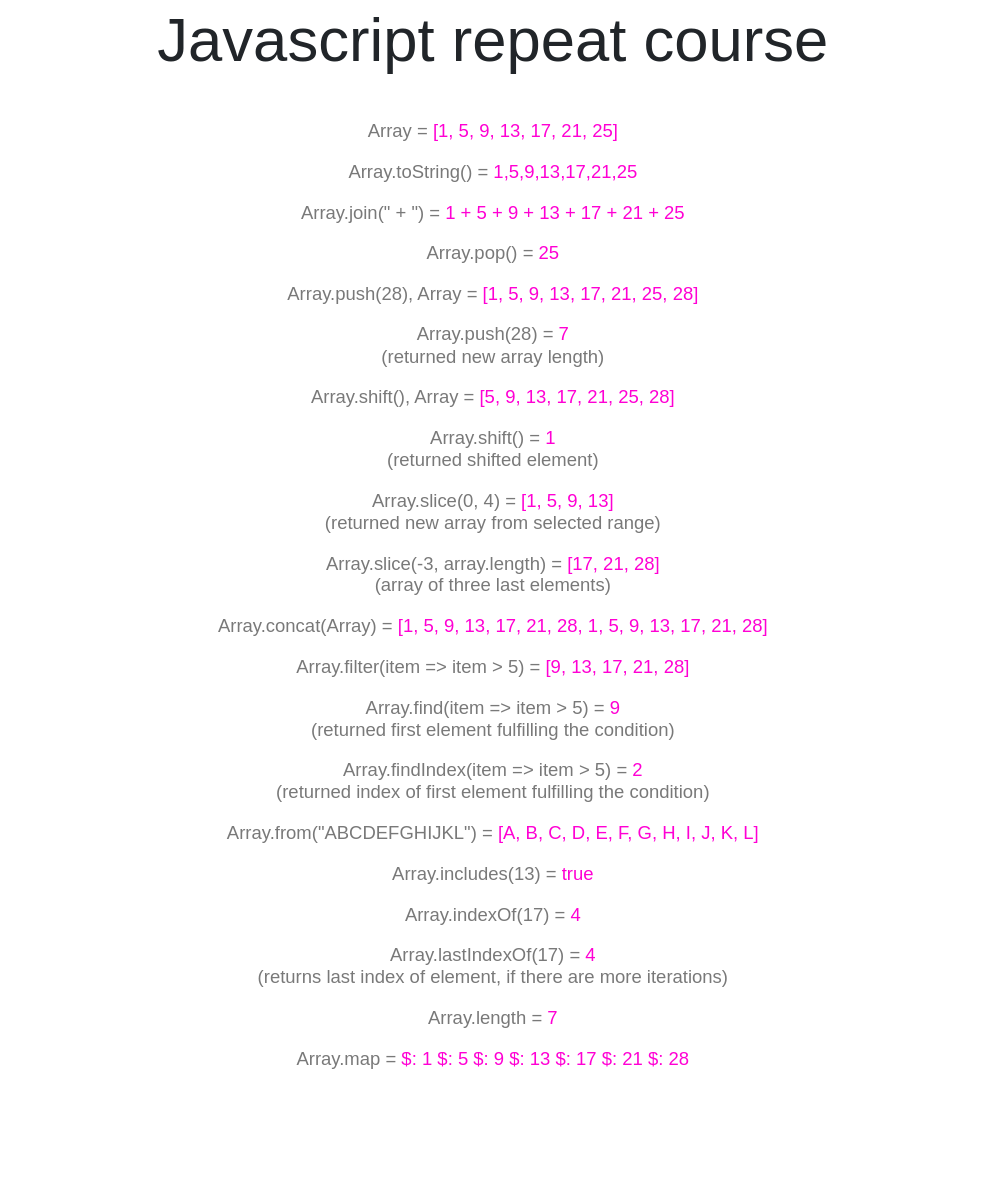
Repository: michalgornicki/javascript
Page: /
An editor plug-in stored every save of this project. The page is shown before and after the next save, followed by the edit.
The browser window is 1280 px wide. The pictures show the whole page, at 77% of full size.
The project was rebuilt for these pictures with package versions that can differ from the ones it lists, and the page was loaded fresh each time. Also part of the build but not shown: src/index.css.

Above is the page before, as saved 2022-01-31 13:32:38.

### src/App.jsx
import React from "react";
import "./App.css";
import "bootstrap/dist/css/bootstrap.min.css";

function App() {
  const array = [1, 5, 9, 13, 17, 21, 25];

  console.log(array);

  return (
    <div className="text-center">
      <div className="display-1 mt-1 mb-5">Javascript repeat course</div>
      <div className="js-item h4 py-2">
        {" "}
        <span className="">Array = </span>
        <span className="text-pink">[{array.join(", ")}]</span>
      </div>
      <div className="js-item h4 py-2">
        {" "}
        <span className="">Array.toString() =</span> <span className="text-pink">{array.toString()}</span>
      </div>
      <div className="js-item h4 py-2">
        {" "}
        <span className="">Array.join(" + ") =</span> <span className="text-pink">{array.join(" + ")}</span>
      </div>
      <div className="js-item h4 py-2">
        {" "}
        <span className="">Array.pop() =</span> <span className="text-pink">{array.pop()}</span>
      </div>
      <div className="js-item h4 py-2">
        {" "}
        <span className="">Array.push(28), Array =</span> <span className="text-pink">[1, 5, 9, 13, 17, 21, 25, 28]</span>
      </div>
      <div className="js-item h4 py-2">
        {" "}
        <span className="">Array.push(28) =</span> <span className="text-pink"> {array.push(28)}</span> <br/> (returned new array length)
      </div>
      <div className="js-item h4 py-2">
        {" "}
        <span className="">Array.shift(), Array =</span> <span className="text-pink"> [5, 9, 13, 17, 21, 25, 28]</span>
      </div>
      <div className="js-item h4 py-2">
        {" "}
        <span className="">Array.shift() =</span> <span className="text-pink">1</span> <br/>  (returned shifted element)
      </div>
      <div className="js-item h4 py-2">
        {" "}
        <span className="">Array.slice(0, 4) =</span> <span className="text-pink">[{array.slice(0, 4).join(", ")}]</span> <br/>  (returned new array from selected range)
      </div>
      <div className="js-item h4 py-2">
        {" "}
        <span className="">Array.slice(-3, array.length) =</span> <span className="text-pink">[{array.slice(-3, array.length).join(", ")}]</span> <br/>  (array of three last elements)
      </div>
      <div className="js-item h4 py-2">
        {" "}
        <span className="">Array.concat(Array) =</span> <span className="text-pink">[{array.concat(array).join(", ")}]</span>
      </div>
      <div className="js-item h4 py-2">
        {" "}
        <span className="">
          Array.filter(item {"=>"} item {">"} 5) =
        </span>{" "}
        <span className="text-pink">[{array.filter((item) => item > 5).join(", ")}]</span>
      </div>
      <div className="js-item h4 py-2">
        {" "}
        <span className="">
          Array.find(item {"=>"} item {">"} 5) =
        </span>
        <span className="text-pink"> {array.find((item) => item > 5)} </span> <br/>  (returned first element fulfilling the condition)
      </div>
      <div className="js-item h4 py-2">
        {" "}
        <span className="">
          Array.findIndex(item {"=>"} item {">"} 5) =
        </span>
        <span className="text-pink"> {array.findIndex((item) => item > 5)} </span> <br/>  (returned index of first element fulfilling the condition)
      </div>
      <div className="js-item h4 py-2">
        {" "}
        <span className="">
         Array.from("ABCDEFGHIJKL") =
        </span>
        <span className="text-pink"> [{Array.from("ABCDEFGHIJKL").join(", ")}] </span>
      </div>
      <div className="js-item h4 py-2">
        {" "}
        <span className="">
         Array.includes(13) =
        </span>
        <span className="text-pink"> { "true" } </span>
      </div>
      <div className="js-item h4 py-2">
        {" "}
        <span className="">
         Array.indexOf(17) =
        </span>
        <span className="text-pink"> { array.indexOf(17) } </span>
      </div>
      <div className="js-item h4 py-2">
        {" "}
        <span className="">
         Array.lastIndexOf(17) =
        </span>
        <span className="text-pink"> { array.lastIndexOf(17) } </span> <br/> (returns last index of element, if there are more iterations)
      </div>
      <div className="js-item h4 py-2">
        {" "}
        <span className="">
         Array.length =
        </span>
        <span className="text-pink"> { array.length } </span>
      </div>
      <div className="js-item h4 py-2">
        {" "}
        <span className="">
         Array.map =
        </span>
        <span className="text-pink"> { array.map((item => <span>$: {item} </span>)) } </span>
      </div>



    </div>
  );
}

export default App;

### src/App.css
body{
    font-family: Arial, Helvetica, sans-serif!important;
    overflow-x: hidden;
    padding-bottom: 20vh;
}

.js-item{
    color:rgb(121, 121, 121);
    transition: 0.2s;
}

.js-item:hover{
    cursor: pointer;
}

.text-pink{
    color:rgb(255, 0, 212)!important;
}

Loaded but not shown: public/index.html (common file); src/index.js (common file); src/reportWebVitals.js (common file)

After the next save:
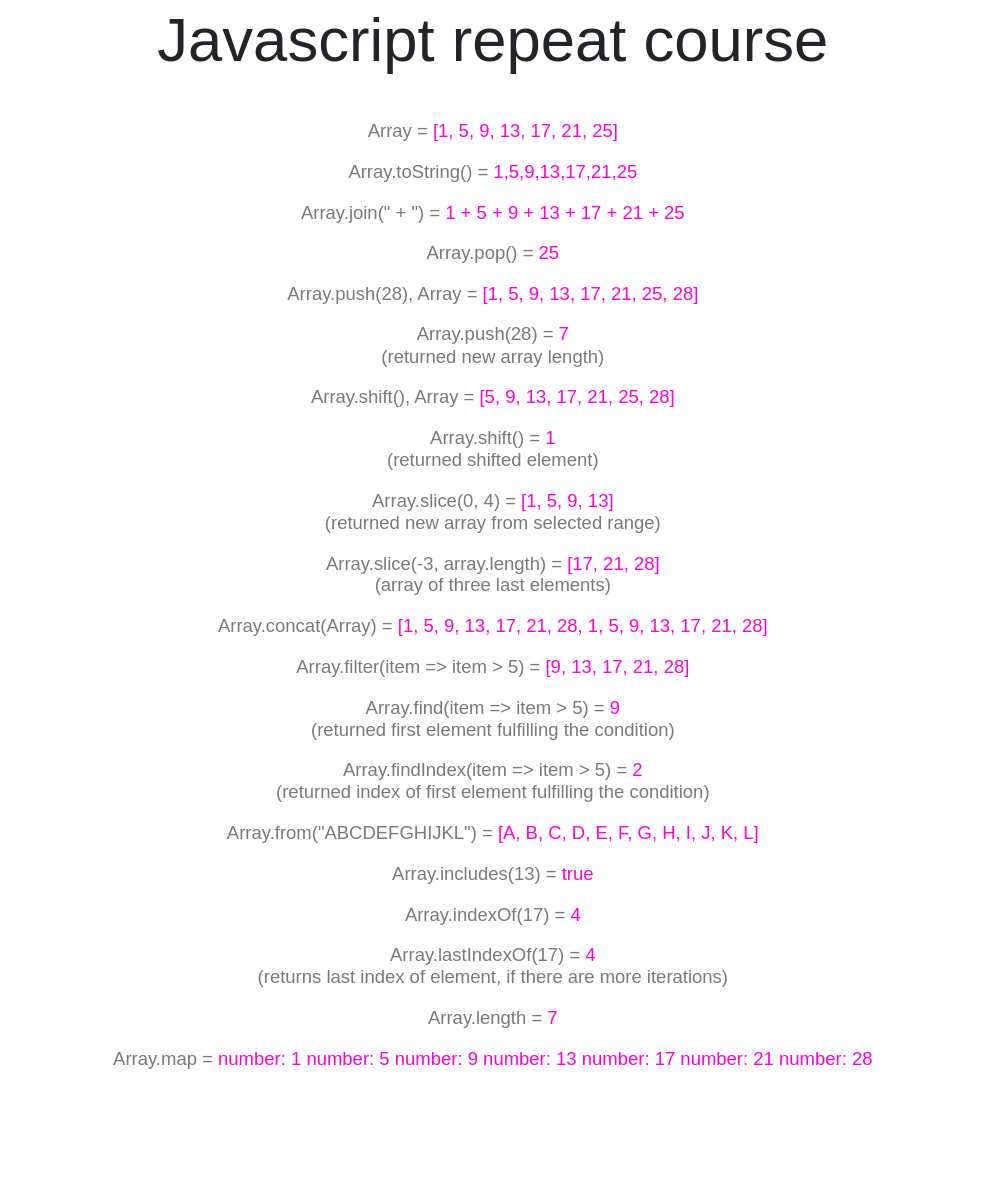
Saved 6 s later.
--- a/src/App.jsx
+++ b/src/App.jsx
@@ -116,7 +116,7 @@ function App() {
         <span className="">
          Array.map =
         </span>
-        <span className="text-pink"> { array.map((item => <span>$: {item} </span>)) } </span>
+        <span className="text-pink"> { array.map((item => <span>number: {item} </span>)) } </span>
       </div>
 
 
